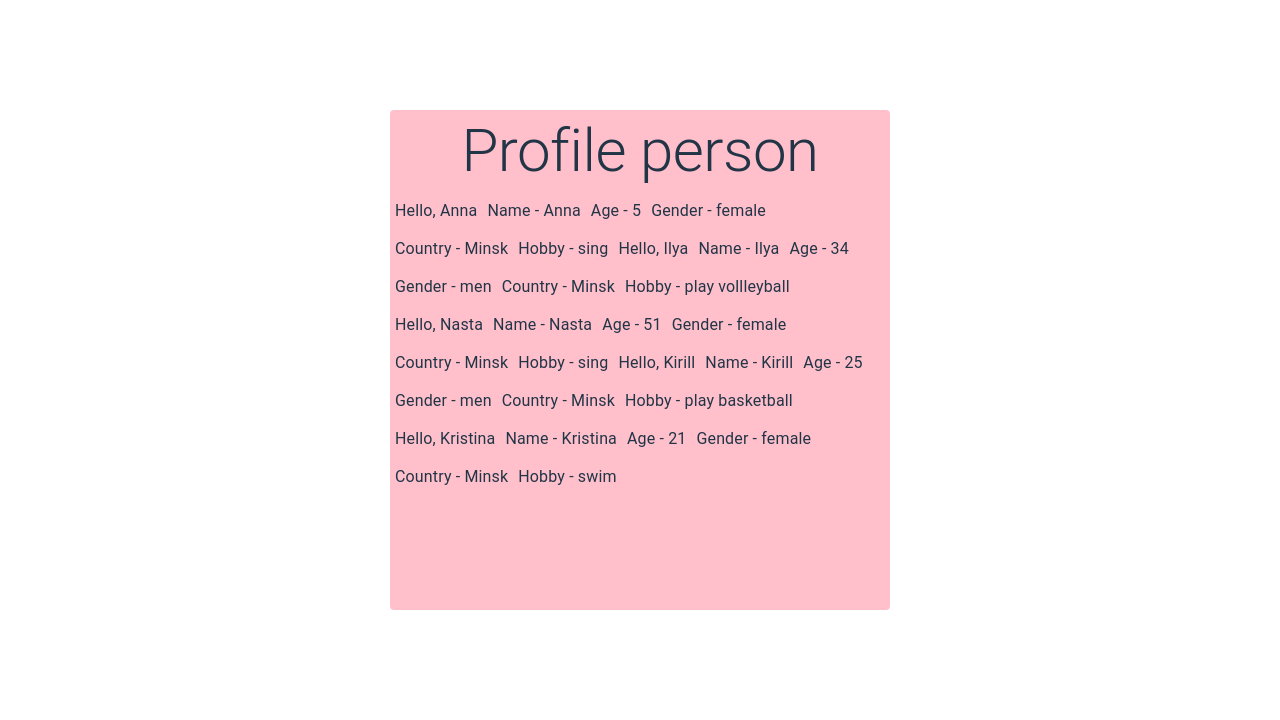
Repository: savannaaaas/props
Page: /
An editor plug-in stored every save of this project. The page is shown before and after the next save, followed by the edit.
The browser window is 1280 px wide. The pictures show the whole page.
The project was rebuilt for these pictures with package versions that can differ from the ones it lists, and the page was loaded fresh each time. Also part of the build but not shown: vite.config.js.

Above is the page before, as saved 2025-07-08 00:13:06.

### src/App.jsx
import "./App.css";
import Box from "@mui/material/Box";
import Typography from "@mui/material/Typography";
import { Person1 } from "./components/Person1";
import { Person2 } from "./components/Person2";
import { Person3 } from "./components/Person3";
import { Person4 } from "./components/Person4";
import { Person5 } from "./components/Person5";
import Grid from "@mui/material/Grid";
/**1. Создать 6 любых компонент.
2. В компоненты передать props следующих типов данных:
number
string
boolean
object
function
array
3. Использовать в компонентах каждый prop.
4. Сделать деструктуризацию props. */
function App() {
  const obj = { country: "Minsk" };
  const sayHello = (name) => ` Hello, ${name}`;
  const hobbies = ["swim", "sing", "play vollleyball", "play basketball"];
  return (
    <Box
      sx={{
        width: 500,
        height: 500,
        borderRadius: 1,
        bgcolor: "pink",
      }}
    >
      <Typography variant="h2" align="center" style={{ padding: "5px" }}>
        Profile person
      </Typography>
      <Grid container direction="row">
        <Person1
          name={"Anna"}
          age={5}
          men={false}
          obj={obj}
          sayHello={sayHello}
          hobbies={hobbies}
        />

        <Person2
          name={"Ilya"}
          age={34}
          men={true}
          obj={obj}
          sayHello={sayHello}
          hobbies={hobbies}
        />
        <Person3
          name={"Nasta"}
          age={51}
          men={false}
          obj={obj}
          sayHello={sayHello}
          hobbies={hobbies}
        />
        <Person4
          name={"Kirill"}
          age={25}
          men={true}
          obj={obj}
          sayHello={sayHello}
          hobbies={hobbies}
        />
        <Person5
          name={"Kristina"}
          age={21}
          men={false}
          obj={obj}
          sayHello={sayHello}
          hobbies={hobbies}
        />
      </Grid>
    </Box>
  );
}

export default App;

### src/components/Person1.jsx
import Typography from "@mui/material/Typography";
export const Person1 = ({ name, age, men, obj, sayHello, hobbies }) => {
  return (
    <>
      <Typography variant="subtitle1" align="left" style={{ padding: "5px" }}>
        {sayHello(name)}
      </Typography>
      <Typography variant="subtitle1" align="left" style={{ padding: "5px" }}>
        Name - {name}
      </Typography>
      <Typography variant="subtitle1" align="left" style={{ padding: "5px" }}>
        Age - {age}
      </Typography>
      <Typography variant="subtitle1" align="left" style={{ padding: "5px" }}>
        Gender - {men ? "men" : "female"}
      </Typography>
      <Typography variant="subtitle1" align="left" style={{ padding: "5px" }}>
        Country - {obj.country}
      </Typography>
      <Typography variant="subtitle1" align="left" style={{ padding: "5px" }}>
        Hobby - {hobbies[1]}
      </Typography>
    </>
  );
};

### src/components/Person2.jsx
import Typography from "@mui/material/Typography";
export const Person2 = ({ name, age, men, obj, sayHello, hobbies }) => {
  return (
    <>
      <Typography variant="subtitle1" align="left" style={{ padding: "5px" }}>
        {sayHello(name)}
      </Typography>
      <Typography variant="subtitle1" align="left" style={{ padding: "5px" }}>
        Name - {name}
      </Typography>
      <Typography variant="subtitle1" align="left" style={{ padding: "5px" }}>
        Age - {age}
      </Typography>
      <Typography variant="subtitle1" align="left" style={{ padding: "5px" }}>
        Gender - {men ? "men" : "female"}
      </Typography>
      <Typography variant="subtitle1" align="left" style={{ padding: "5px" }}>
        Country - {obj.country}
      </Typography>
      <Typography variant="subtitle1" align="left" style={{ padding: "5px" }}>
        Hobby - {hobbies[2]}
      </Typography>
    </>
  );
};

### src/components/Person3.jsx
import Typography from "@mui/material/Typography";
export const Person3 = ({ name, age, men, obj, sayHello, hobbies }) => {
  return (
    <>
      <Typography variant="subtitle1" align="left" style={{ padding: "5px" }}>
        {sayHello(name)}
      </Typography>
      <Typography variant="subtitle1" align="left" style={{ padding: "5px" }}>
        Name - {name}
      </Typography>
      <Typography variant="subtitle1" align="left" style={{ padding: "5px" }}>
        Age - {age}
      </Typography>
      <Typography variant="subtitle1" align="left" style={{ padding: "5px" }}>
        Gender - {men ? "men" : "female"}
      </Typography>
      <Typography variant="subtitle1" align="left" style={{ padding: "5px" }}>
        Country - {obj.country}
      </Typography>
      <Typography variant="subtitle1" align="left" style={{ padding: "5px" }}>
        Hobby - {hobbies[1]}
      </Typography>
    </>
  );
};

### src/components/Person4.jsx
import Typography from "@mui/material/Typography";
export const Person4 = ({ name, age, men, obj, sayHello, hobbies }) => {
  return (
    <>
      <Typography variant="subtitle1" align="left" style={{ padding: "5px" }}>
        {sayHello(name)}
      </Typography>
      <Typography variant="subtitle1" align="left" style={{ padding: "5px" }}>
        Name - {name}
      </Typography>
      <Typography variant="subtitle1" align="left" style={{ padding: "5px" }}>
        Age - {age}
      </Typography>
      <Typography variant="subtitle1" align="left" style={{ padding: "5px" }}>
        Gender - {men ? "men" : "female"}
      </Typography>
      <Typography variant="subtitle1" align="left" style={{ padding: "5px" }}>
        Country - {obj.country}
      </Typography>
      <Typography variant="subtitle1" align="left" style={{ padding: "5px" }}>
        Hobby - {hobbies[3]}
      </Typography>
    </>
  );
};

### src/components/Person5.jsx
import Typography from "@mui/material/Typography";
export const Person5 = ({ name, age, men, obj, sayHello, hobbies }) => {
  return (
    <>
      <Typography variant="subtitle1" align="left" style={{ padding: "5px" }}>
        {sayHello(name)}
      </Typography>
      <Typography variant="subtitle1" align="left" style={{ padding: "5px" }}>
        Name - {name}
      </Typography>
      <Typography variant="subtitle1" align="left" style={{ padding: "5px" }}>
        Age - {age}
      </Typography>
      <Typography variant="subtitle1" align="left" style={{ padding: "5px" }}>
        Gender - {men ? "men" : "female"}
      </Typography>
      <Typography variant="subtitle1" align="left" style={{ padding: "5px" }}>
        Country - {obj.country}
      </Typography>
      <Typography variant="subtitle1" align="left" style={{ padding: "5px" }}>
        Hobby - {hobbies[0]}
      </Typography>
    </>
  );
};

Loaded but not shown: index.html (common file); src/main.jsx (common file); src/index.css (common file); src/App.css (common file)

After the next save:
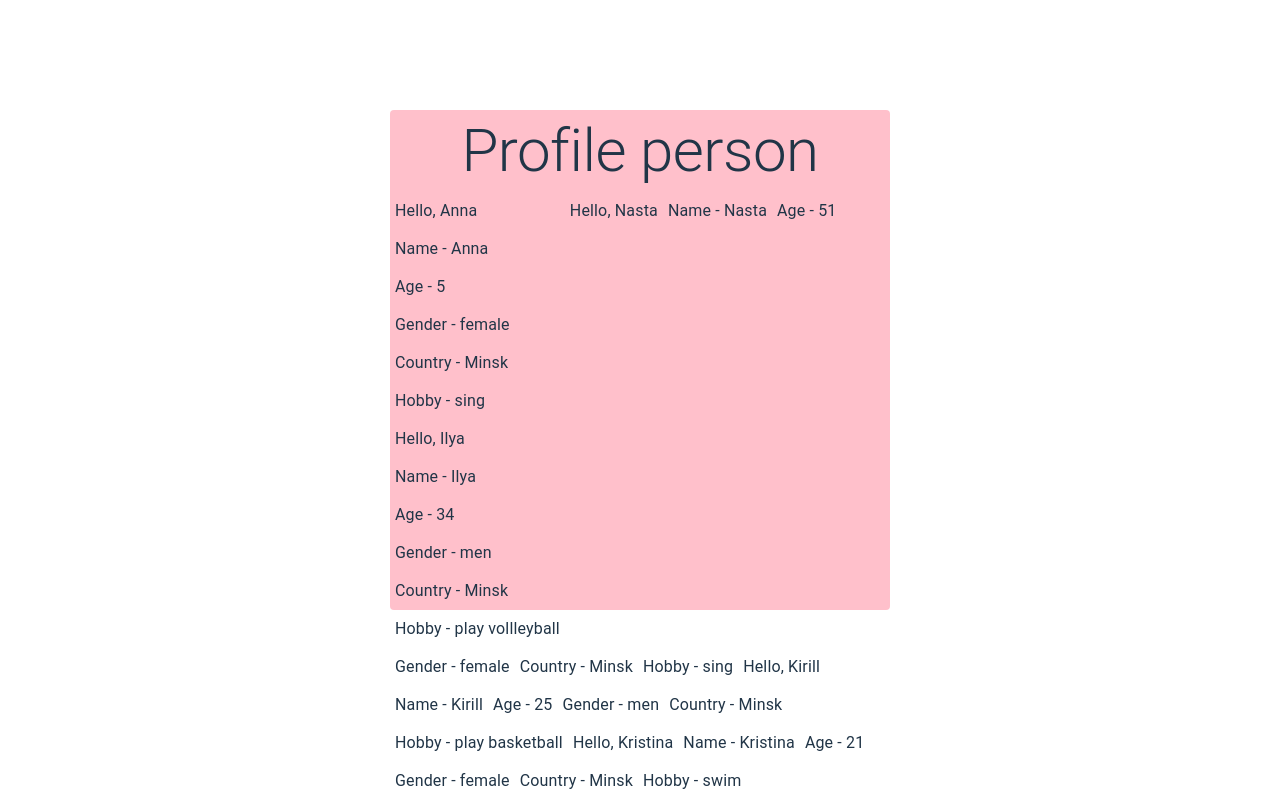
Saved 29 s later.
--- a/src/App.jsx
+++ b/src/App.jsx
@@ -34,23 +34,25 @@ function App() {
         Profile person
       </Typography>
       <Grid container direction="row">
-        <Person1
-          name={"Anna"}
-          age={5}
-          men={false}
-          obj={obj}
-          sayHello={sayHello}
-          hobbies={hobbies}
-        />
+        <Grid>
+          <Person1
+            name={"Anna"}
+            age={5}
+            men={false}
+            obj={obj}
+            sayHello={sayHello}
+            hobbies={hobbies}
+          />
+          <Person2
+            name={"Ilya"}
+            age={34}
+            men={true}
+            obj={obj}
+            sayHello={sayHello}
+            hobbies={hobbies}
+          />
+        </Grid>
 
-        <Person2
-          name={"Ilya"}
-          age={34}
-          men={true}
-          obj={obj}
-          sayHello={sayHello}
-          hobbies={hobbies}
-        />
         <Person3
           name={"Nasta"}
           age={51}
